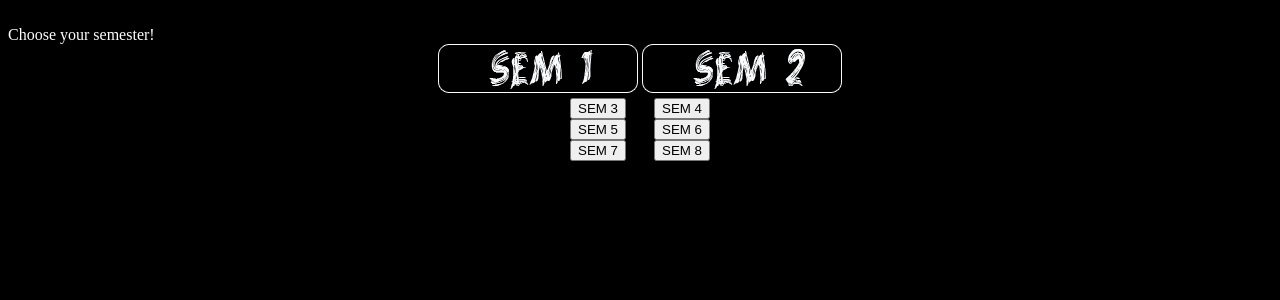
Repository: vigineshs/Mobile-Applications
Page: AnnaUniv GPA Calc/AnnaUniv GPA Calculator w/assets/www/reg08.html
These files come from the project's save history. The page is drawn as it stood at one moment and after the next save; the edit follows.
The browser window is 1280 px wide. The pictures show the whole page.

Above is the page before, as saved 2012-05-06 03:02:40.

### AnnaUniv GPA Calc/AnnaUniv GPA Calculator w/assets/www/reg08.html
<!DOCTYPE HTML>
<html>
<head>
<title>PhoneGap</title>
<script type="text/javascript" charset="utf-8" src="/AnnaUniv GPA Calculator/assets/www/cordova-1.7.0.js"></script>

</head>
<body style="background-color:black; color:white" >
<br /> Choose your semester! <br /> <center>
<a href="it08sem1.html" onmouseover="document.cont.src='sem1.png'" onclick="document.cont.src='sem1.png'" onMouseOut="document.cont.src='sem11.png'" ><img src="sem11.png" name="cont" border="0" /></a>
<a href="it08sem2.html" onmouseover="document.conta.src='sem2.png'" onclick="document.conta.src='sem2.png'" onMouseOut="document.conta.src='sem21.png'" ><img src="sem21.png" name="conta" border="0" /></a><br />
<a href="it08sem3.html"><input type="button" value="SEM 3" /></a>&nbsp;&nbsp;&nbsp;&nbsp;&nbsp;&nbsp;
<a href="it08sem4.html"><input type="button" value="SEM 4" /></a><br />
<a href="it08sem5.html"><input type="button" value="SEM 5" /></a>&nbsp;&nbsp;&nbsp;&nbsp;&nbsp;&nbsp;
<a href="it08sem6.html"><input type="button" value="SEM 6" /></a><br />
<a href="it08sem7.html"><input type="button" value="SEM 7" /></a>&nbsp;&nbsp;&nbsp;&nbsp;&nbsp;&nbsp;
<a href="it08sem8.html"><input type="button" value="SEM 8" /></a><br />
</center>
</body>
</html>

Loaded but not shown: AnnaUniv GPA Calc/AnnaUniv GPA Calculator w/assets/www/cordova-1.7.0.js (library)

After the next save:
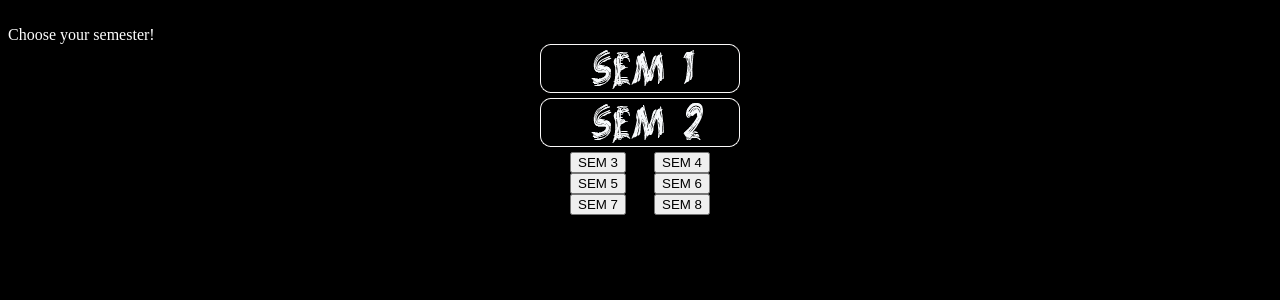
Saved 98 s later.
--- a/AnnaUniv GPA Calc/AnnaUniv GPA Calculator w/assets/www/reg08.html
+++ b/AnnaUniv GPA Calc/AnnaUniv GPA Calculator w/assets/www/reg08.html
@@ -7,7 +7,7 @@
 </head>
 <body style="background-color:black; color:white" >
 <br /> Choose your semester! <br /> <center>
-<a href="it08sem1.html" onmouseover="document.cont.src='sem1.png'" onclick="document.cont.src='sem1.png'" onMouseOut="document.cont.src='sem11.png'" ><img src="sem11.png" name="cont" border="0" /></a>
+<a href="it08sem1.html" onmouseover="document.cont.src='sem1.png'" onclick="document.cont.src='sem1.png'" onMouseOut="document.cont.src='sem11.png'" ><img src="sem11.png" name="cont" border="0" /></a><br />
 <a href="it08sem2.html" onmouseover="document.conta.src='sem2.png'" onclick="document.conta.src='sem2.png'" onMouseOut="document.conta.src='sem21.png'" ><img src="sem21.png" name="conta" border="0" /></a><br />
 <a href="it08sem3.html"><input type="button" value="SEM 3" /></a>&nbsp;&nbsp;&nbsp;&nbsp;&nbsp;&nbsp;
 <a href="it08sem4.html"><input type="button" value="SEM 4" /></a><br />
